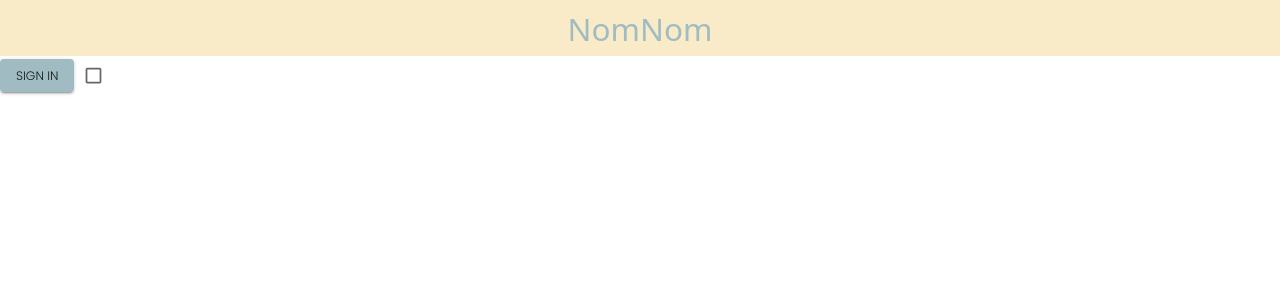
Repository: namphextra/portfolio
Page: /admin/login
The author's editor kept a copy of each file at every save. The page is drawn from the files as they stood at one save, then again after the next save.
The browser window is 1280 px wide. The pictures show the whole page.
The page's requests for data from a server got no answer. The project was rebuilt for these pictures with package versions that can differ from the ones it lists, and the page was loaded fresh each time. The framework's server and built-in components were replaced by stand-ins that run in the browser. No one was signed in, and anything a server would have sent is missing. Also part of the build but not shown: next.config.js.

Above is the page before, as saved 2023-02-15 17:31:06.

### src/app/layout.tsx
"use client";

import { SessionProvider } from "next-auth/react";
import { createTheme, ThemeProvider } from "@mui/material/styles";
import { Pacifico, Poppins } from "@next/font/google";
import "./global.css";

const pacificoFont = Pacifico({
  weight: "400",
  subsets: ["latin"],
  variable: "--font-pacifico",
  display: "swap",
});
const font = Poppins({
  weight: "300",
  subsets: ["latin"],
});

const theme = createTheme({
  typography: {
    fontFamily: ["Poppins", "sans-serif"].join(","),
  },
  palette: {
    primary: {
      main: "#A0BCC2",
      light: "#A0BCC2",
    },
    secondary: {
      main: "#A0BCC2",
      light: "#A0BCC2",
    },
  },
});

export default function RootLayout({
  children,
}: {
  children: React.ReactNode;
}) {
  return (
    <html lang="en">
      {/*
        <head /> will contain the components returned by the nearest parent
        head.tsx. Find out more at https://beta.nextjs.org/docs/api-reference/file-conventions/head
      */}
      <head />
      <body className={`${font.className} ${pacificoFont.variable}`}>
        <ThemeProvider theme={theme}>
          <SessionProvider>{children}</SessionProvider>
        </ThemeProvider>
      </body>
    </html>
  );
}

### src/app/admin/layout.tsx
"use client";

export default function RootLayout({
  children,
}: {
  children: React.ReactNode;
}) {
  return (
    <>
      <header className="w-full h-16 bg-secondary flex justify-center items-center">
        <p className="font-pacifico text-4xl text-primary">NomNom</p>
      </header>
      {children}
    </>
  );
}

### src/app/admin/login/layout.tsx
"use client";
export default function RootLayout({
  children,
}: {
  children: React.ReactNode;
}) {
  return (
    <html lang="en">
      {/*
        <head /> will contain the components returned by the nearest parent
        head.tsx. Find out more at https://beta.nextjs.org/docs/api-reference/file-conventions/head
      */}
      <head />
      <body>{children}</body>
    </html>
  );
}

### src/app/admin/login/page.tsx
"use client";
import Image from "next/image";
import { Button, Checkbox } from "@mui/material";
import { signIn, useSession, signOut } from "next-auth/react";
import { useState } from "react";

export default function Login() {
  const { data: session } = useSession();
  const [showComponent, setShowComponent] = useState(false);
  return (
    <div className="admin">
      {session && (
        <>
          Signed in as {session?.user?.email} <br />
          {session?.user?.name}
          <Image
            src={session?.user?.image || ""}
            alt=""
            width={100}
            height={100}
          />
        </>
      )}
      {!session ? (
        <Button variant="contained" onClick={() => signIn()}>
          Sign in
        </Button>
      ) : (
        <Button variant="contained" onClick={() => signOut()}>
          Log out
        </Button>
      )}
      <Checkbox
        checked={showComponent}
        onChange={() => setShowComponent(!showComponent)}
      />
    </div>
  );
}

### src/app/global.css
@tailwind base;
@tailwind components;
@tailwind utilities;

body {
  margin: 0;
}

:root {
  font-size: 14px;
}

### tailwind.config.js
/** @type {import('tailwindcss').Config} */

module.exports = {
  content: [
    "./src/**/*.{js,jsx,ts,tsx}",
  ],
  theme: {
    colors: {
      primary: '#A0BCC2',
      secondary: '#F9EBC8',
    },
    extend: {
      fontFamily: {
        pacifico: ['var(--font-pacifico)'],
      },
    },
  },
  plugins: [],
  // Gen all class when in development mode
  ...(process.env.NODE_ENV == 'development') && {
    safelist: [
      { pattern: /.*/ },
    ],
  },
}

After the next save:
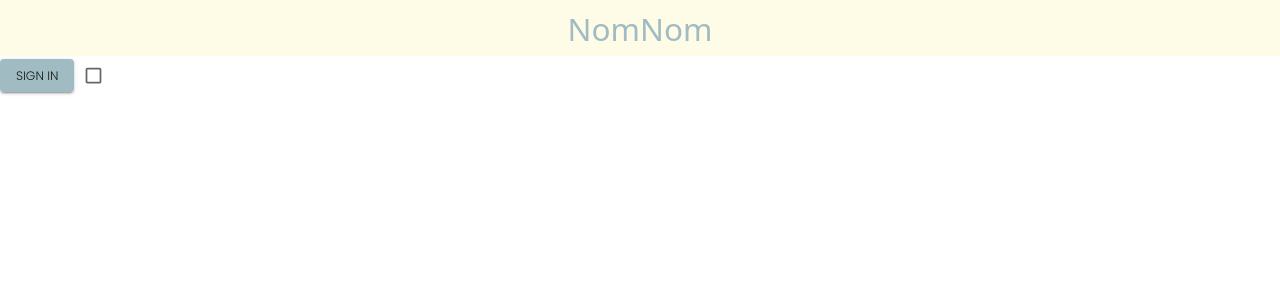
Saved 52 s later.
--- a/tailwind.config.js
+++ b/tailwind.config.js
@@ -7,7 +7,7 @@
   theme: {
     colors: {
       primary: '#A0BCC2',
-      secondary: '#F9EBC8',
+      secondary: '#FEFBE7',
     },
     extend: {
       fontFamily: {
